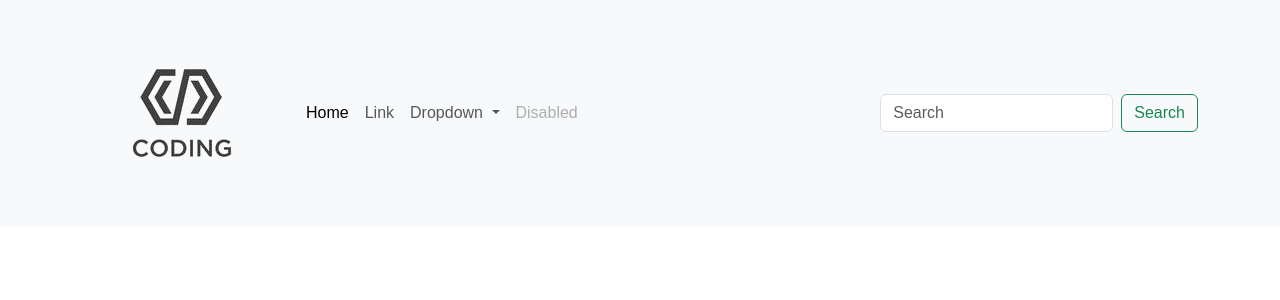
Repository: gitDominusoft/NewProject
Page: index.html
These files come from the project's save history. The page is drawn as it stood at one moment and after the next save; the edit follows.
The browser window is 1280 px wide. The pictures show the whole page.

Above is the page before, as saved 2024-12-09 15:06:16.

### index.html
<!DOCTYPE html>
<html lang="en">

<head>
    <meta charset="UTF-8">
    <meta name="viewport" content="width=device-width, initial-scale=1.0">
    <title>Document</title>
    <!-- CSS bootstrap -->
    <link rel="stylesheet" href="css/bootstrap.min.css">
    <!-- CSS  -->
    <link rel="stylesheet" href="css/style.css">
</head>

<body>

    <!-- nis navbar -->
    <nav class="navbar navbar-expand-lg bg-body-tertiary">
        <div class="container">
            <a class="navbar-brand" href="index.html"><img src="images/logo.png" alt=""></a>
            <button class="navbar-toggler" type="button" data-bs-toggle="collapse"
                data-bs-target="#navbarSupportedContent" aria-controls="navbarSupportedContent" aria-expanded="false"
                aria-label="Toggle navigation">
                <span class="navbar-toggler-icon"></span>
            </button>
            <div class="collapse navbar-collapse" id="navbarSupportedContent">
                <ul class="navbar-nav me-auto mb-2 mb-lg-0">
                    <li class="nav-item">
                        <a class="nav-link active" aria-current="page" href="#">Home</a>
                    </li>
                    <li class="nav-item">
                        <a class="nav-link" href="#">Link</a>
                    </li>
                    <li class="nav-item dropdown">
                        <a class="nav-link dropdown-toggle" href="#" role="button" data-bs-toggle="dropdown"
                            aria-expanded="false">
                            Dropdown
                        </a>
                        <ul class="dropdown-menu">
                            <li><a class="dropdown-item" href="#">Action</a></li>
                            <li><a class="dropdown-item" href="#">Another action</a></li>
                            <li>
                                <hr class="dropdown-divider">
                            </li>
                            <li><a class="dropdown-item" href="#">Something else here</a></li>
                        </ul>
                    </li>
                    <li class="nav-item">
                        <a class="nav-link disabled" aria-disabled="true">Disabled</a>
                    </li>
                </ul>
                <form class="d-flex" role="search">
                    <input class="form-control me-2" type="search" placeholder="Search" aria-label="Search">
                    <button class="btn btn-outline-success" type="submit">Search</button>
                </form>
            </div>
        </div>
    </nav>
    <!-- fund navbar -->

    <!-- JS Bootstrap -->
    <script src="js/bootstrap.bundle.min.js"></script>
    <!-- JS -->
    <script src="js/index.js"></script>
</body>

</html>

### css/style.css
* {
    margin: 0;
    padding: 0;
    box-sizing: border-box;
}

body {
    line-height: 1.5;
    font-size: 1em;
    font-family: Arial, Helvetica, sans-serif;
}

Loaded but not shown: css/bootstrap.min.css (library); js/bootstrap.bundle.min.js (library); js/index.js (no stored copy; drawn as an empty file)

After the next save:
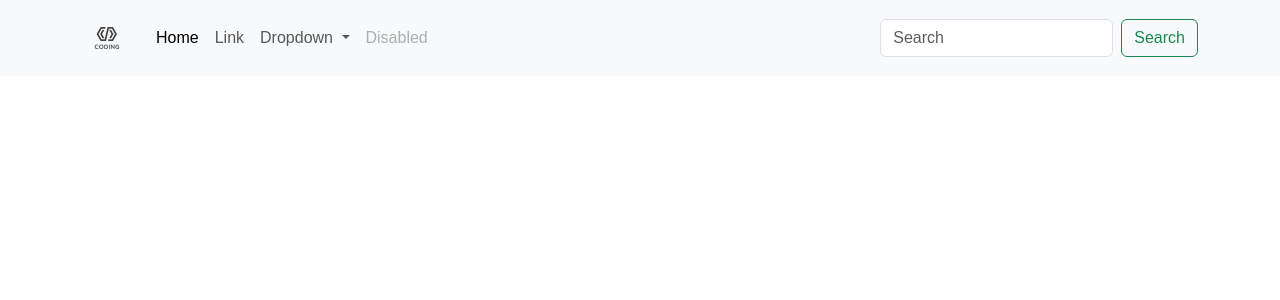
Saved 47 s later.
--- a/css/style.css
+++ b/css/style.css
@@ -9,3 +9,8 @@
     font-size: 1em;
     font-family: Arial, Helvetica, sans-serif;
 }
+
+.navbar-brand img {
+    width: 50px;
+    height: 50px;
+}
